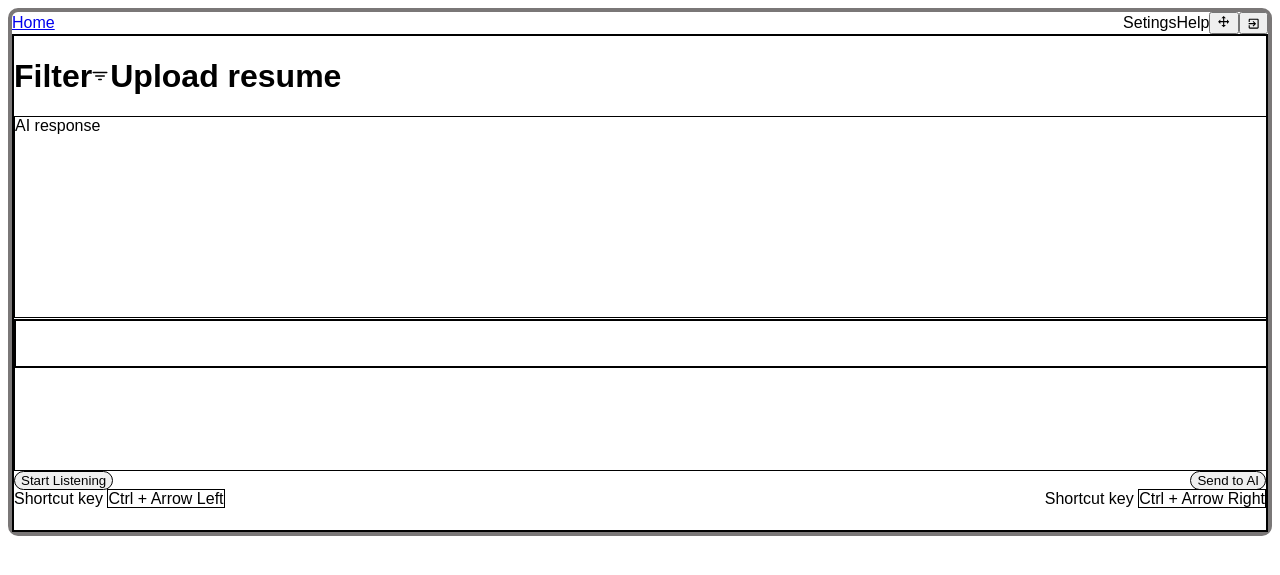
Repository: stevenreas09-coder/ai-assistance
Page: /speech
The author's editor kept a copy of each file at every save. The page is drawn from the files as they stood at one save, then again after the next save.
The browser window is 1280 px wide. The pictures show the whole page.
The project was rebuilt for these pictures with package versions that can differ from the ones it lists, and the page was loaded fresh each time. The framework's server and built-in components were replaced by stand-ins that run in the browser. Also part of the build but not shown: next.config.ts.

Above is the page before, as saved 2025-12-15 15:52:38.

After the next save:
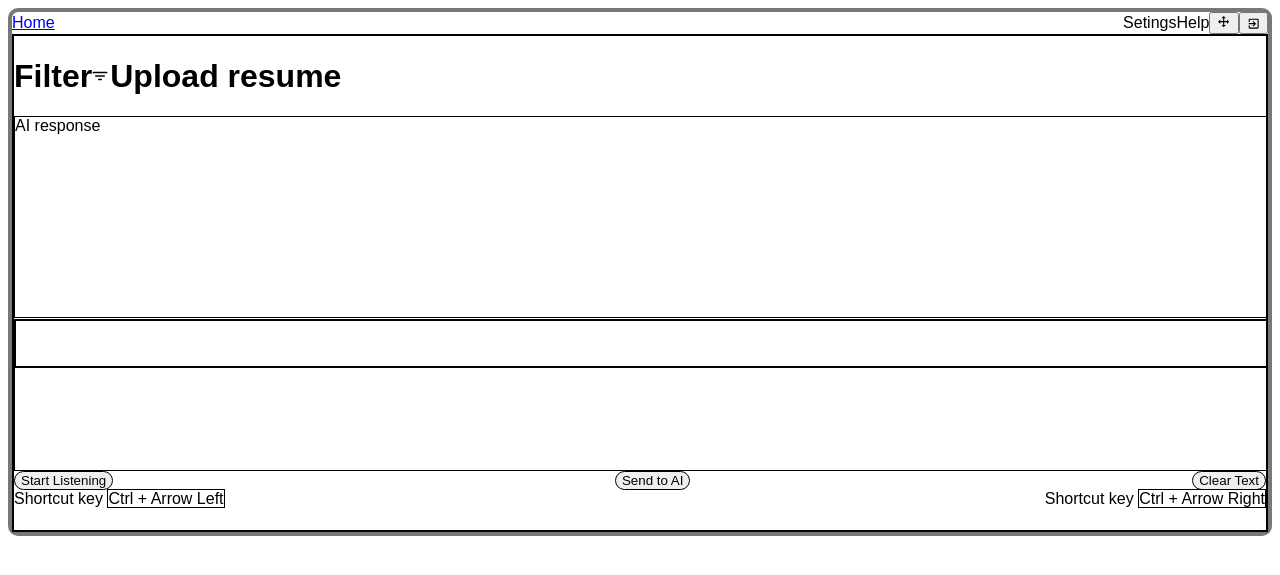
Saved 23 h 13 min later.
--- a/app/speech/page.tsx
+++ b/app/speech/page.tsx
@@ -133,6 +133,11 @@ export default function Example() {
       stopStreaming();
     };
   }, []);
+
+  const clearMessage = () => {
+    setFinalTranscript("");
+    setTranscript("");
+  };
 
   // ⛔ UI BELOW IS 100% UNCHANGED
   return (
@@ -184,6 +189,9 @@ export default function Example() {
         <button className="rounded-full border bg-violet-700/70 py-2 px-6">
           Send to AI
         </button>
+        <button className="rounded-full border bg-violet-700/70 py-2 px-6">
+          Clear Text
+        </button>
       </div>
 
       {/* Shortcut keys */}
